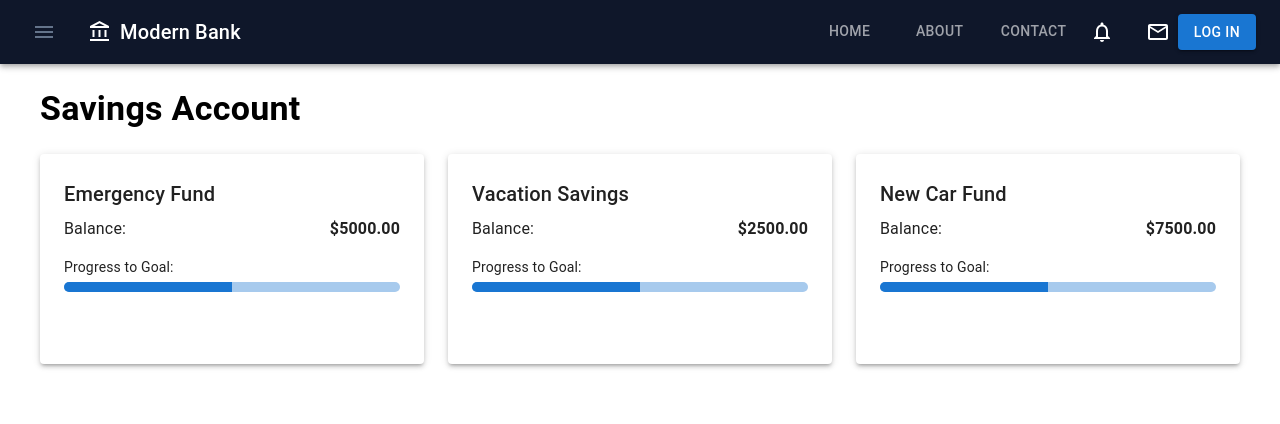
Repository: MohammadMazloum123/Moder-Bank-Full-Stack-Project
Page: /savings-account (app in Desktop/front-modernbank/front-modernbank/)
The author's editor kept a copy of each file at every save. The page is drawn from the files as they stood at one save, then again after the next save.
The browser window is 1280 px wide. The pictures show the whole page.
The project was rebuilt for these pictures with package versions that can differ from the ones it lists, and the page was loaded fresh each time. Also part of the build but not shown: Desktop/front-modernbank/front-modernbank/src/components/HomePage.jsx, Desktop/front-modernbank/front-modernbank/src/transactions/NewTransaction.tsx, Desktop/front-modernbank/front-modernbank/src/transactions/TransactionsHistory.tsx.

Above is the page before, as saved 2024-11-18 17:28:10.

### Desktop/front-modernbank/front-modernbank/public/index.html
<!DOCTYPE html>
<html lang="en">
  <head>

    <meta charset="utf-8" />
    <link rel="icon" href="%PUBLIC_URL%/favicon.ico" />
    <meta name="viewport" content="width=device-width, initial-scale=1" />
    <meta name="theme-color" content="#000000" />
    <meta
      name="description"
      content="Web site created using create-react-app"
    />
    <link rel="apple-touch-icon" href="%PUBLIC_URL%/logo192.png" />

    <link rel="manifest" href="%PUBLIC_URL%/manifest.json" />

    <title>Modern Bank App</title>
    <style>
      body{
        margin: 0;
        padding: 0;
        box-sizing: border-box;
      }
    </style>
  </head>
  <body>
    <noscript>You need to enable JavaScript to run this app.</noscript>
    <div id="root"></div>
  </body>
</html>

### Desktop/front-modernbank/front-modernbank/src/App.js
import React from "react";
import { Box} from "@mui/material";
import NavBar from "./components/NavBar";
import {BrowserRouter as Router} from "react-router-dom";
import AppRoutes from "./route/AppRoutes.tsx";


function App() {
  return (
    <Router>
      <Box>
        <NavBar/>
      </Box>
      <AppRoutes/>
    </Router>
  );
}

export default App;

### Desktop/front-modernbank/front-modernbank/src/components/NavBar.jsx
import { AppBar, Toolbar, Typography, Tabs, Tab, Button, Box } from '@mui/material'
import React, { useState } from 'react'
import DrawerComp from '../DrawerComp';
import NotificationsNoneOutlinedIcon from '@mui/icons-material/NotificationsNoneOutlined';
import EmailOutlinedIcon from '@mui/icons-material/EmailOutlined';
import { AccountBalanceOutlined } from '@mui/icons-material';
import { Link } from 'react-router-dom';

const NavBar = () => {
    const [value, setvalue] = useState();
return (
    <AppBar position='sticky' sx={{bgcolor:"#0f172a"}}>
        <Toolbar>

                <DrawerComp/>
                <Box display="flex" alignItems="center" flex={3} ml={3}>
                    <AccountBalanceOutlined fontSize='medium' sx={{ color: "white", mr: 1 }} />
                        <Typography variant='h6' color='inherit'>
                            Modern Bank
                        </Typography>
                </Box>
            <Box display="flex" flex={0.7} justifyContent="center">
                <Tabs
                textColor='inherit'
                indicatorColor='secondary'
                value={value}
                onChange={(e, value) => setvalue(value)}
                >
                        <Tab LinkComponent={Link} to="/" label="Home"/>
                        <Tab label="About"/>
                        <Tab label="Contact"/>
                </Tabs>
            </Box>
            <Box display="flex" flex={0.4} alignItems="center" justifyContent="center">
                <NotificationsNoneOutlinedIcon sx={{mr:4}}/>
                <EmailOutlinedIcon/>
            </Box>
            <Box display="flex" justifyContent="flex-end">
                <Button sx={{marginLeft:'auto'}} variant='contained'>Log In</Button>
            </Box>
        </Toolbar>
    </AppBar>
)
}

export default NavBar

### Desktop/front-modernbank/front-modernbank/src/route/AppRoutes.tsx
import React from 'react'
import {Routes, Route} from "react-router-dom";
import HomePage from '../components/HomePage';
import NewTransaction from '../transactions/NewTransaction.tsx';
import TransactionsHistory from '../transactions/TransactionsHistory.tsx';
import SavingsAccount from '../savings/SavingsAccount.tsx';

const AppRoutes = () => {
    return (
        <Routes>
            <Route path='/' element={<HomePage/>}/>
            <Route path='/new-transactions' element={<NewTransaction/>}/>
            <Route path='/transactions-history' element={<TransactionsHistory/>}/>
            <Route path='/savings-account' element={<SavingsAccount/>}/>
        </Routes>
    )
}

export default AppRoutes

### Desktop/front-modernbank/front-modernbank/src/DrawerComp.jsx
import React, {useState} from 'react'
import MenuIcon from '@mui/icons-material/Menu';
import {
    Drawer,
    IconButton,
    List,
    ListItemButton,
    ListItemIcon,
    ListItemText,
    Typography,
    Collapse,
    Divider,
    Box,
    Switch
    } from '@mui/material';

import {
    ExpandLess,
    ExpandMore,
    AddOutlined,
    SavingsOutlined,
    HistoryOutlined,
    CreditCardOutlined,
    TrendingUpOutlined,
    AccountBalanceOutlined,
    PercentOutlined,
    AttachMoneyOutlined,
    ShowChartOutlined,
    LogoutOutlined,
} from "@mui/icons-material";
import { Link } from 'react-router-dom';


const DrawerComp = () => {
    const [OpenDrawer, setOpenDrawer] = useState(false);
      // Dropdown states
        const [transactionsOpen, setTransactionsOpen] = useState(false);
        const [savingsOpen, setSavingsOpen] = useState(false);
        const [expenseTracker, setExpenseTracker] = useState(false);

return (
    <>
        <Drawer
        open={OpenDrawer}
        onClose={() => setOpenDrawer(false)}
        sx={{padding: "16px"}}
        >
        <Typography
            variant="h6"
            sx={{
            padding: 2,
            textAlign: "center",
            bgcolor: "#0f172a",
            color: "white",
        }}
        >
            Modern Bank
        </Typography>
        <Divider/>

            <List sx={{p: 2 ,width:"340px"}}>
                {/* Account Transactions Dropdown */}
                <ListItemButton onClick={() => setTransactionsOpen(!transactionsOpen)}>
                    <ListItemIcon>
                        <CreditCardOutlined/>
                    </ListItemIcon>
                    <ListItemText primary="Transactions"/>
                    {transactionsOpen ? <ExpandLess/> : <ExpandMore/>}
                </ListItemButton>
                <Collapse in={transactionsOpen} timeout="auto" unmountOnExit>
                    <List component="div" disablePadding sx={{pl : 2}}>
                        <ListItemButton component={Link} to="/new-transactions">
                            <ListItemIcon>
                                <AddOutlined fontSize='small'/>
                            </ListItemIcon>
                        <ListItemText primary="New Transactions"/>
                        </ListItemButton>
                        <ListItemButton component={Link} to="/transactions-history">
                            <ListItemIcon>
                                <HistoryOutlined fontSize='small'/>
                            </ListItemIcon>
                        <ListItemText primary="Transactions History"/>
                        </ListItemButton>
                    </List>
                </Collapse>
                <Divider/>
                {/* Savings Dropdown */}
                <ListItemButton onClick={() => setSavingsOpen(!savingsOpen)}>
                    <ListItemIcon>
                        <SavingsOutlined fontSize='small'/>
                    </ListItemIcon>
                    <ListItemText primary="Savings"/>
                    {savingsOpen ? <ExpandLess/> : <ExpandMore/>}
                </ListItemButton>
                <Collapse in={savingsOpen} timeout="auto" unmountOnExit>
                    <List component="div" disablePadding sx={{pl : 2}}>
                        <ListItemButton component={Link} to="/savings-account">
                            <ListItemIcon>
                                <AccountBalanceOutlined fontSize='small'/>
                            </ListItemIcon>
                            <ListItemText primary="Savings Account"/>
                        </ListItemButton>
                        <ListItemButton>
                            <ListItemIcon>
                                <TrendingUpOutlined fontSize='small'/>
                            </ListItemIcon>
                            <ListItemText primary="Savings Goals"/>
                        </ListItemButton>
                        <ListItemButton>
                            <ListItemIcon>
                                <PercentOutlined fontSize='small'/>
                            </ListItemIcon>
                            <ListItemText primary="Interest Rate"/>
                        </ListItemButton>
                    </List>
                </Collapse>
                <Divider/>
            <ListItemButton onClick={() => setExpenseTracker(!expenseTracker)}>
                <ListItemIcon>
                    <AttachMoneyOutlined fontSize='small'/>
                </ListItemIcon>
                    <ListItemText primary="Expense Tracker" />
                    {transactionsOpen ? <ExpandLess/> : <ExpandMore/>}
            </ListItemButton>
            <Collapse in={expenseTracker} timeout="auto" unmountOnExit>
                <List component="div" disablePadding sx={{pl : 2}}>
                    <ListItemButton>
                        <ListItemIcon>
                            <ShowChartOutlined fontSize='small'/>
                        </ListItemIcon>
                        <ListItemText primary="Track Expenses"/>
                    </ListItemButton>
                </List>
            </Collapse>
              {/* Dark Mode Switch */}
        <Box display="flex" alignItems="center" mt={2}>
            <Typography variant="body1" sx={{ flexGrow: 1 }}>
                Dark Mode
            </Typography>
            <Switch
                inputProps={{ 'aria-label': 'Dark Mode Switch' }}
            />

            <ListItemButton>
                        <ListItemText primary="Log Out"/>
                        <ListItemIcon>
                            <LogoutOutlined/>
                        </ListItemIcon>
                    </ListItemButton>
        </Box>
            </List>
        </Drawer>
        {/* Drawer Toggle Button */}
        <IconButton onClick={() => setOpenDrawer(!OpenDrawer)}>
            <MenuIcon sx={{color:"#64748b"}}/>
        </IconButton>
    </>
)
}

export default DrawerComp

### Desktop/front-modernbank/front-modernbank/src/savings/SavingsAccount.tsx
import React, { useState } from 'react';
import {
    Typography,
    Box,
    Paper,
    Grid,
    Button,
    Table,
    TableBody,
    TableCell,
    TableContainer,
    TableHead,
    TableRow,
    LinearProgress,
    Chip,
    Dialog,
    DialogTitle,
    DialogContent,
    DialogActions,
    TextField,
} from '@mui/material';

// Mock data for demonstration
const mockSavingsAccounts = [
    { id: 1, name: 'Emergency Fund', balance: 5000, goal: 10000, interestRate: 1.5, lastTransaction: '2023-05-15' },
    { id: 2, name: 'Vacation Savings', balance: 2500, goal: 5000, interestRate: 2.0, lastTransaction: '2023-05-10' },
    { id: 3, name: 'New Car Fund', balance: 7500, goal: 15000, interestRate: 1.8, lastTransaction: '2023-05-20' },
];

const SavingsAccount = () => {
    const [openDialog, setOpenDialog] = useState(false);
    const [accounts, setAccounts] = useState(mockSavingsAccounts);
    const [newAccount, setNewAccount] = useState({name:'', goal:''})

    const handleOpenDialog = () => setOpenDialog(true);
    const handleCloseDialog = () => setOpenDialog(false);

    const handleAccount = () => {
        if(newAccount.name && newAccount.goal){
            const newAccountData = {
                id: accounts.length + 1,
                name: newAccount.name,
                balance: 0 ,
                goal: parseFloat(newAccount.name),
                interestRate : 1.5,
                lastTransaction: new Date().toISOString().split('T')[0],
            };
            setAccounts([...accounts, newAccountData]);
            setNewAccount({name:'', goal:''});
            handleCloseDialog();
        }
    };
return (
    <Box sx={{maxWidth:1200, mx:'auto', p:3}}>
        <Typography component="h1" variant='h4' gutterBottom sx={{fontWeight:'bold', mb:3}}>
            Savings Account
        </Typography>
        <Grid container spacing={3} sx={{mb:3}}>
            {accounts.map((account) =>(
                <Grid item xs={12} md={4} key={account.id}>
                    <Paper elevation={3} sx={{display:'flex', height:'100%', flexDirection:'column', p: 3}}>
                        <Typography variant='h6' gutterBottom>{account.name}</Typography>
                        <Box sx={{display:'flex', justifyContent:'space-between', mb:2}}>
                            <Typography variant='body1'>Balance:</Typography>
                            <Typography variant='body1' fontWeight='bold'>${account.balance.toFixed(2)}</Typography>
                        </Box>
                        <Box sx>
                            <Typography variant='body2' gutterBottom>Progress to Goal:</Typography>
                            <LinearProgress
                            variant='determinate'
                            value={(account.balance / account.goal * 100)}
                            sx={{height : 10, borderRadius : 5}}
                            />
                        </Box>
                    </Paper>
                </Grid>
            ))}

        </Grid>
    </Box>
)
}

export default SavingsAccount

Loaded but not shown: Desktop/front-modernbank/front-modernbank/src/index.js (common file); Desktop/front-modernbank/front-modernbank/src/reportWebVitals.js (common file)

After the next save:
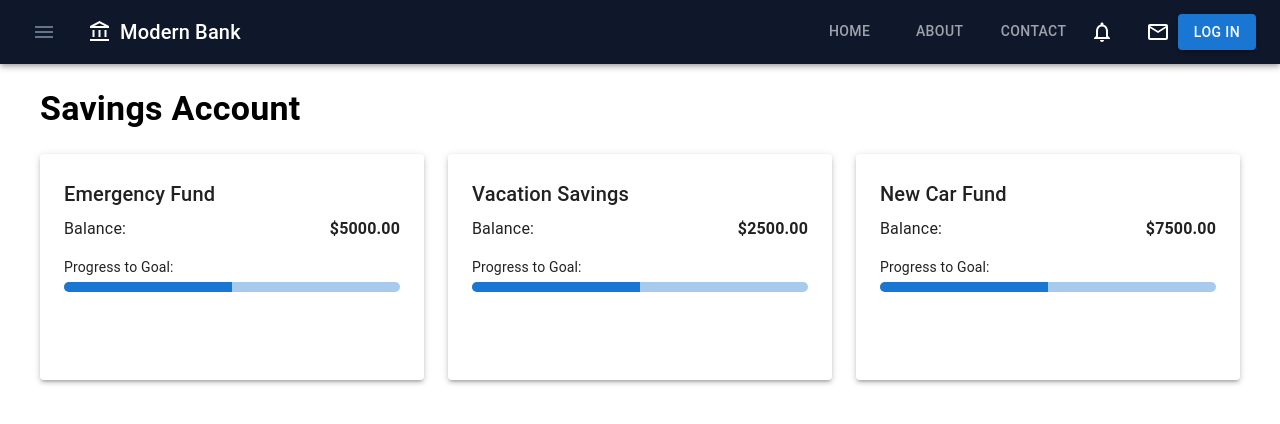
Saved 5 s later.
--- a/Desktop/front-modernbank/front-modernbank/src/savings/SavingsAccount.tsx
+++ b/Desktop/front-modernbank/front-modernbank/src/savings/SavingsAccount.tsx
@@ -64,7 +64,7 @@ return (
                             <Typography variant='body1'>Balance:</Typography>
                             <Typography variant='body1' fontWeight='bold'>${account.balance.toFixed(2)}</Typography>
                         </Box>
-                        <Box sx>
+                        <Box sx={{mb: 2}}>
                             <Typography variant='body2' gutterBottom>Progress to Goal:</Typography>
                             <LinearProgress
                             variant='determinate'
